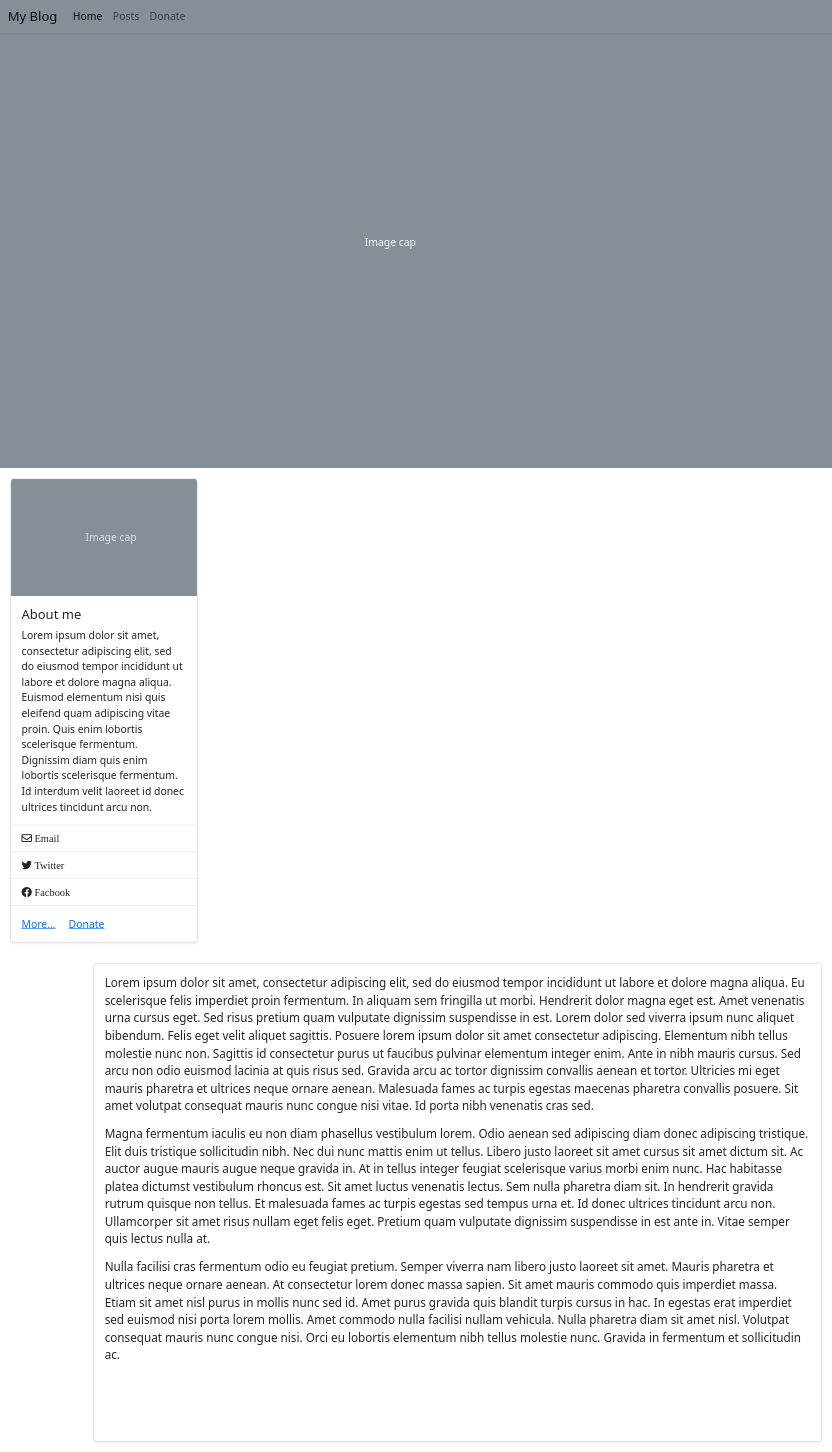
Repository: LublubXT/Azi-Tec-Team
Page: views/templates/blogs/personalblog/home.html
The author's editor kept a copy of each file at every save. The page is drawn from the files as they stood at one save, then again after the next save.
The browser window is 1280 px wide. The pictures show the whole page, at 65% of full size.

Above is the page before, as saved 2021-03-11 09:19:59.

After the next save:
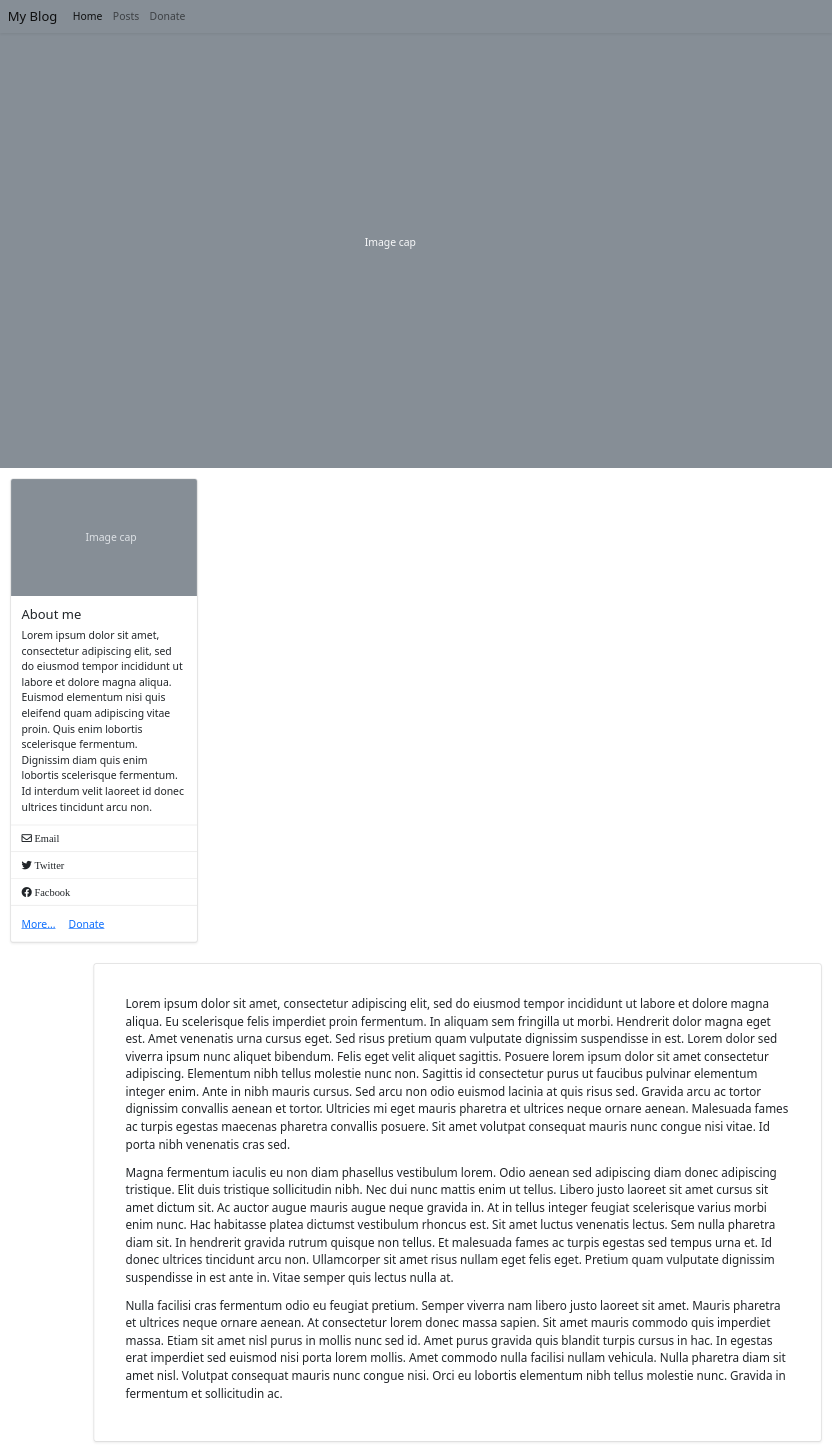
Saved 14 s later.
--- a/views/templates/blogs/personalblog/home.html
+++ b/views/templates/blogs/personalblog/home.html
@@ -69,7 +69,7 @@
                     <a href="#" class="card-link">Donate</a>
                 </div>
             </div>
-            <div class="card mx-3 my-3 float-end shadow-sm p-3" style="width: 70rem; height: 46rem;">
+            <div class="card mx-3 my-3 float-end shadow-sm p-5" style="width: 70rem; height: 46rem;">
                 <p class="text-dark main_p">Lorem ipsum dolor sit amet, consectetur adipiscing elit, sed do eiusmod
                     tempor
                     incididunt ut labore et dolore magna
